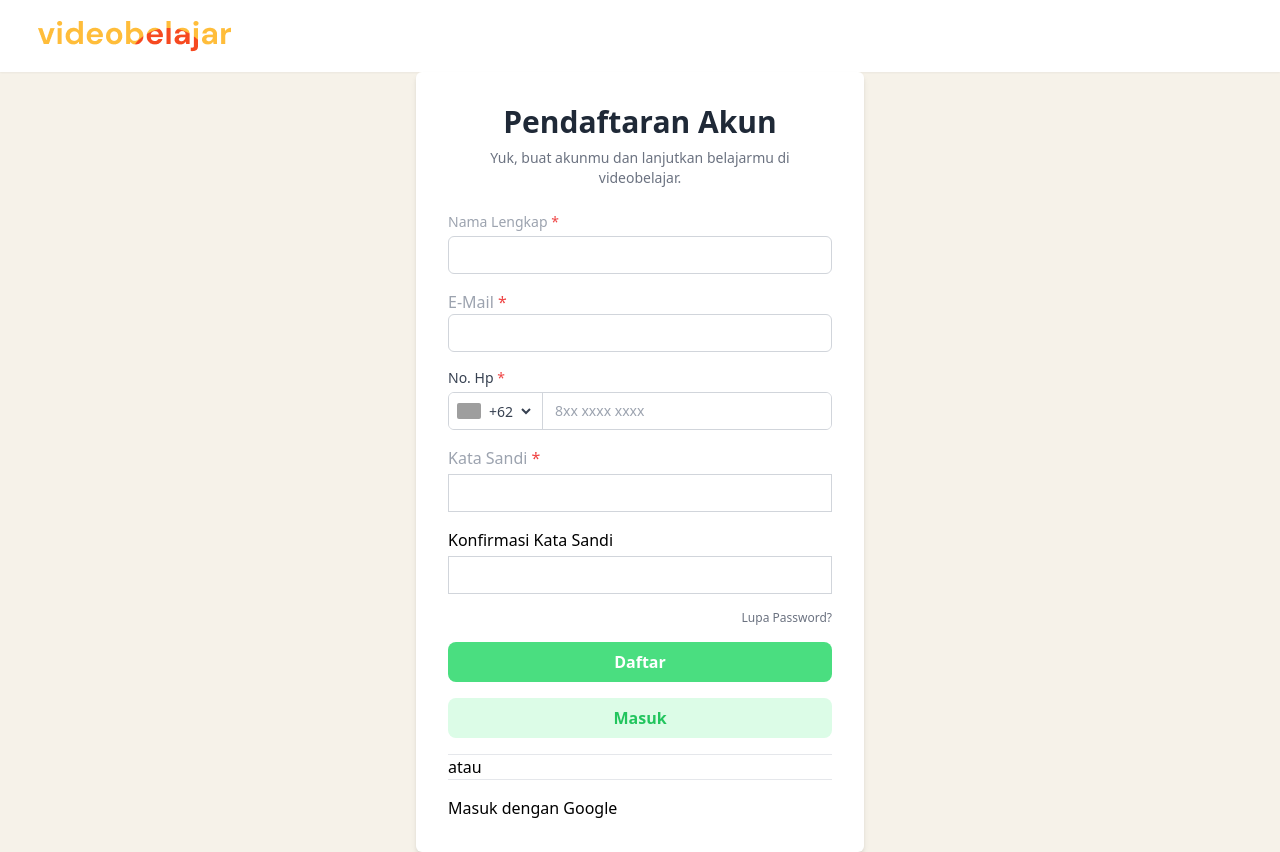
Repository: dimascahyanugraha/Course-Mission-4
Page: /signup
These files come from the project's save history. The page is drawn as it stood at one moment and after the next save; the edit follows.
The browser window is 1280 px wide. The pictures show the whole page.
Pictures or frames that could not be fetched are drawn as grey boxes. The project was rebuilt for these pictures with package versions that can differ from the ones it lists, and the page was loaded fresh each time. Also part of the build but not shown: vite.config.js, src/components/LoginPage.jsx.

Above is the page before, as saved 2026-05-30 00:27:35.

### index.html
<!doctype html>
<html lang="en">
  <head>
    <meta charset="UTF-8" />
    <link rel="icon" type="image/svg+xml" href="/favicon.svg" />
    <meta name="viewport" content="width=device-width, initial-scale=1.0" />
    <title>video-belajar</title>
  </head>
  <body>
    <div id="root"></div>
    <script type="module" src="/src/main.jsx"></script>
  </body>
</html>

### src/index.css
@tailwind base;
@tailwind components;
@tailwind utilities;

/* optional reset */
body {
  font-family: system-ui, sans-serif;
}

### src/App.jsx
import { BrowserRouter, Routes, Route, Navigate } from "react-router-dom"; // ← tambah Navigate
import LoginPage from "./components/LoginPage";
import Signup from "./components/Signup";

export default function App() {
  return (
    <BrowserRouter>
      <Routes>
        <Route path="/" element={<Navigate to="/login" />} />{" "}
        {/* ← tambah ini */}
        <Route path="/login" element={<LoginPage />} />
        <Route path="/signup" element={<Signup />} />
      </Routes>
    </BrowserRouter>
  );
}

### src/components/Signup.jsx
import logoVideoBelajar from "../assets/logo_video_belajar.png";
import indonesia from "../assets/indonesia.png";

export default function Signup() {
  return (
    <div className="min-h-screen bg-[#f6f2e9] flex flex-col">
      <header className="bg-white py-2 px-4 shadow-sm">
        <img src={logoVideoBelajar} alt="logo" />
      </header>

      <main className="flex flex-auto justify-center items-center px-4">
        <div className="bg-white w-full max-w-md rounded-md shadow-md p-8">
          <h2 className="text-3xl font-bold text-gray-800 text-center">
            Pendaftaran Akun
          </h2>
          <p className="text-gray-500 text-sm text-center mt-2">
            Yuk, buat akunmu dan lanjutkan belajarmu di videobelajar.
          </p>
          <form className="mt-6 space-y-4">
            <div>
              <label className="block text-sm text-gray-400">
                Nama Lengkap <span className="text-red-500">*</span>
              </label>
              <input
                type="name"
                className="mt-1 w-full border border-gray-300 rounded-md px-3 py-2 text-sm focus:outline-none focus:ring-2 focus:ring-green-500"
              />
            </div>
            <div>
              <label className="block text-md text-gray-400">
                E-Mail <span className="text-red-500">*</span>
              </label>
              <input
                type="email"
                className="mg-1 w-full border border-gray-300 px-3 py-2 text-sm focus:outline-none focus:ring-2 focus:ring-green-500 rounded-md"
              />
            </div>
            {/* NO. HP */}
            <div>
              <label className="block text-sm font-medium text-gray-700">
                No. Hp <span className="text-red-500">*</span>
              </label>
              <div className="mt-1 flex rounded-md border border-gray-300 overflow-hidden focus-within:ring-2 focus-within:ring-green-500">
                <div className="flex items-center gap-1 px-2 bg-white border-r border-gray-300">
                  <img
                    src={indonesia}
                    alt="flag ID"
                    className="w-6 h-4 rounded-sm object-cover"
                  />
                  <select className="text-sm text-gray-700 focus:outline-none bg-transparent cursor-pointer pr-1">
                    <option value="+62">+62</option>
                    <option value="+18">+18</option>
                  </select>
                </div>
                <input
                  type="tel"
                  placeholder="8xx xxxx xxxx"
                  className="flex-1 px-3 py-2 text-sm text-gray-700 focus:outline-none"
                />
              </div>
            </div>{" "}
            {/* ← div No.Hp ditutup di sini */}
            <div>
              <label className="block text-gray-400 text-md ">
                Kata Sandi <span className="text-red-500">*</span>
              </label>
              <input
                type="password"
                className="w-full mt-1 text-sm border border-gray-300 px-3 py-2 focus:outline-none focus:ring-2 focus:ring-green-500"
              />
            </div>
            <div>
              <label>Konfirmasi Kata Sandi</label>
              <input
                type="password"
                className="w-full mt-1 text-sm border border-gray-300 px-3 py-2 focus:outline-none focus:ring-2 focus:ring-green-500"
              />
            </div>
            <div className="flex justify-end text-sm text-gray-500">
              <a href="#" className="text-xs text-gray-500 hover:underline">
                Lupa Password?
              </a>
            </div>
            <button className="w-full bg-green-400 text-white font-semibold py-2 rounded-lg hover:bg-green-200 transition">
              Daftar
            </button>
            <button className="bg-green-100 w-full py-2 text-green-500 font-semibold rounded-lg hover:bg-green-200 transition">
              Masuk
            </button>
            <div>
              <hr className="flex-1 border-gray-200" />
              atau
              <hr className="flex-1 border-gray-200" />
            </div>
            {/* GOOGLE SIGN IN */}
            <button>Masuk dengan Google</button>
            {/* ← form ditutup setelah semua input */}
          </form>{" "}
        </div>
      </main>
    </div>
  );
}

### tailwind.config.js
/** @type {import('tailwindcss').Config} */
export default {
  content: ["./indexedDB.html", "./src/**/*.{js,ts,jsx,tsx}"],
  theme: {
    extend: {},
  },
  plugins: [],
};

Loaded but not shown: src/main.jsx (common file)

After the next save:
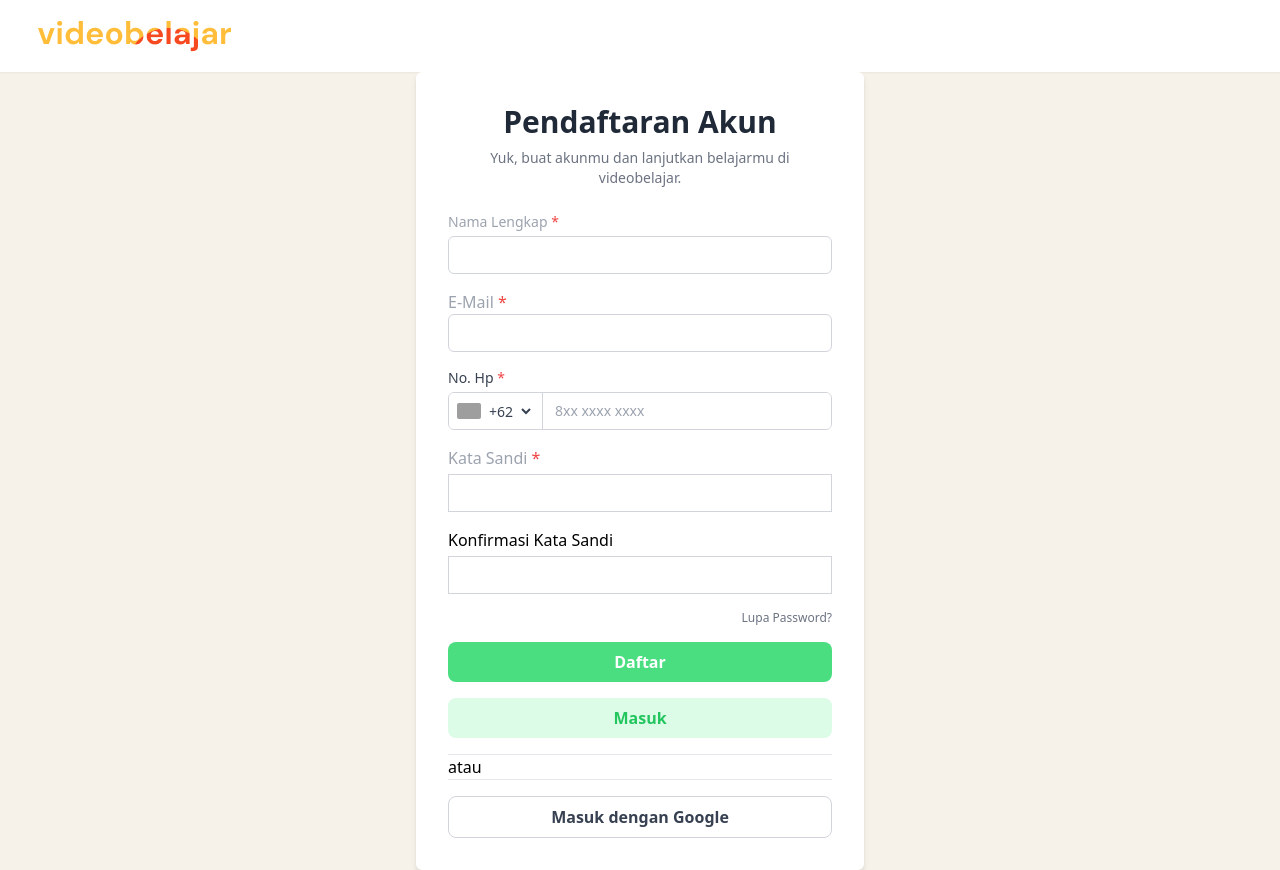
Saved 15 s later.
--- a/src/components/Signup.jsx
+++ b/src/components/Signup.jsx
@@ -93,7 +93,9 @@ export default function Signup() {
               <hr className="flex-1 border-gray-200" />
             </div>
             {/* GOOGLE SIGN IN */}
-            <button>Masuk dengan Google</button>
+            <button className="w-full bg-white text-gray-700 font-semibold py-2 rounded-lg border border-gray-300 hover:bg-gray-100 transition">
+              Masuk dengan Google
+            </button>
             {/* ← form ditutup setelah semua input */}
           </form>{" "}
         </div>
